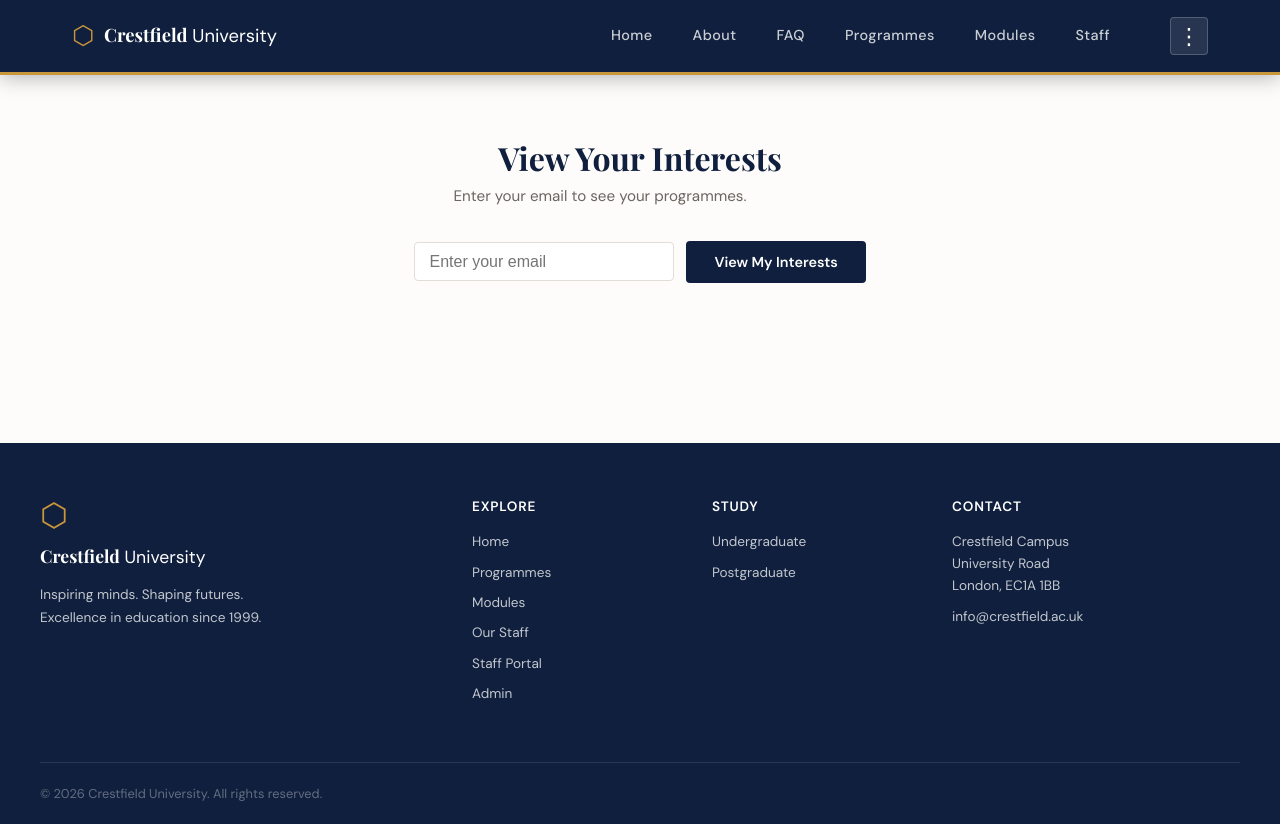
Repository: dowrinprity-blip/Web-Project
Page: http://localhost/University/my-interests.php
The author's editor kept a copy of each file at every save. The page is drawn from the files as they stood at one save, then again after the next save.
The browser window is 1280 px wide. The pictures show the whole page.
The page is run by PHP 8.4 with error messages shown; the project is at /var/www/html/.

Above is the page before, as saved 2026-03-25 20:51:44.

### my-interests.php
<?php
require_once 'includes/db.php';
$page_title = 'My Interests';

// ✅ Auto-detect email (GET or POST)
$email = $_GET['email'] ?? ($_POST['email'] ?? '');

// ✅ REMOVE INTEREST (must be BEFORE any output)
if (isset($_GET['remove']) && isset($_GET['email'])) {
    $removeID = (int) $_GET['remove'];
    $email    = $_GET['email'];

    $stmt = $conn->prepare("DELETE FROM interestedstudents WHERE ProgrammeID = ? AND Email = ?");
    $stmt->bind_param("is", $removeID, $email);
    $stmt->execute();

    header("Location: my-interests.php?email=" . urlencode($email));
    exit;
}

include 'includes/header.php';

// Initialize array
$interests = [];

// ✅ FETCH DATA (works for both GET + POST)
if (!empty($email)) {

    $stmt = $conn->prepare("
        SELECT
            p.ProgrammeID,
            p.ProgrammeName,
            p.Description,
            p.Image,
            i.StudentName,
            i.RegisteredAt
        FROM interestedstudents i
        JOIN Programmes p ON i.ProgrammeID = p.ProgrammeID
        WHERE i.Email = ?
        ORDER BY i.RegisteredAt DESC
    ");
    $stmt->bind_param("s", $email);
    $stmt->execute();
    $result = $stmt->get_result();

    while ($row = $result->fetch_assoc()) {
        $interests[] = $row;
    }
}
?>

<section class="section">
    <div class="section-inner" style="max-width:1000px;margin:0 auto;">

        <div class="section-header" style="text-align:center;max-width:600px;margin:0 auto 2rem auto;">
    <h2 style="margin:0;line-height:1.2;">
        View Your Interests
    </h2>

    <p style="margin:.4rem 0 0 0;color:var(--text-muted);font-size:.95rem;">
        Enter your email to see your programmes.
    </p>
</div>

        <!-- FORM -->
        <form method="POST" action="" style="text-align:center;margin-bottom:2rem;">
            <input type="email" name="email"
                   placeholder="Enter your email"
                   value="<?= htmlspecialchars($email) ?>"
                   required
                   style="padding:.6rem .9rem;font-size:1rem;width:260px;border:1px solid var(--border);border-radius:var(--radius);">
            <button type="submit" class="btn btn-navy" style="margin-left:.5rem;">View My Interests</button>
        </form>

        <?php if (!empty($email)): ?>

            <?php if (!empty($interests)): ?>

                <div class="cards-grid">

                    <?php foreach ($interests as $i): ?>

                        <?php $img = !empty($i['Image']) ? $i['Image'] : 'uploads/placeholder.jpg'; ?>

                        <div class="card">

                            <div class="card-colour-bar"></div>

                            <img src="<?= htmlspecialchars($img) ?>"
                                 alt="<?= htmlspecialchars($i['ProgrammeName']) ?>">

                            <div class="card-body">
                                <h3><?= htmlspecialchars($i['ProgrammeName']) ?></h3>

                                <p>
                                    <?= htmlspecialchars(substr($i['Description'], 0, 100)) ?>…
                                </p>
                            </div>

                            <!-- ✅ NEW FOOTER -->
                            <div class="card-footer">

                                <span>
                                    <?= date('d M Y', strtotime($i['RegisteredAt'])) ?>
                                </span>

                                <div style="display:flex;gap:.4rem;align-items:center;">

                                    <!-- Go -->
                                    <a href="programme_detail.php?id=<?= $i['ProgrammeID'] ?>" title="View">
                                        →
                                    </a>

                                    <!-- Remove -->
                                    <a href="my-interests.php?remove=<?= $i['ProgrammeID'] ?>&email=<?= urlencode($email) ?>"
                                       class="btn-danger"
                                       onclick="return confirm('Remove this interest?')">
                                       ✕
                                    </a>

                                </div>

                            </div>

                        </div>

                    <?php endforeach; ?>

                </div>

            <?php else: ?>

                <p style="text-align:center;color:red;font-weight:600;">
                    No interests found for <strong><?= htmlspecialchars($email) ?></strong>
                </p>

            <?php endif; ?>

        <?php endif; ?>

    </div>
</section>

<?php include 'includes/footer.php'; ?>

### includes/db.php
<?php
require_once __DIR__ . '/config.php';

// Create connection
function getDBConnection() {
    $conn = new mysqli(DB_HOST, DB_USER, DB_PASS, DB_NAME);

    if ($conn->connect_error) {
        die("Connection failed: " . $conn->connect_error);
    }

    $conn->set_charset("utf8mb4");
    return $conn;
}

// Global connection
$conn = getDBConnection();

function checkDatabaseExists() {
    $conn = new mysqli(DB_HOST, DB_USER, DB_PASS);
    $result = $conn->query("SELECT SCHEMA_NAME FROM INFORMATION_SCHEMA.SCHEMATA WHERE SCHEMA_NAME = '" . DB_NAME . "'");
    return $result->num_rows > 0;
}
?>

### includes/config.php
<?php
/**
 * Central Configuration File - Load this first in all includes
 */

// ==================== BASE URL DETECTION ====================
if (!function_exists('detectBaseUrl')) {
    function detectBaseUrl() {
        $protocol = isset($_SERVER['HTTPS']) && $_SERVER['HTTPS'] === 'on' ? 'https://' : 'http://';
        $host = $_SERVER['HTTP_HOST'];
        $scriptName = $_SERVER['SCRIPT_NAME'];

        $basePath = dirname(dirname($scriptName));
        $basePath = str_replace('\\', '/', $basePath);

        if ($basePath == '/' || $basePath == '\\') {
            $basePath = '';
        }

        return rtrim($protocol . $host . $basePath, '/');
    }
}

if (!defined('BASE_URL')) {
    define('BASE_URL', 'http://localhost/University');
}

// ==================== DATABASE CONSTANTS ====================
if (!defined('DB_HOST')) {
    define('DB_HOST', 'localhost');
    define('DB_USER', 'root');
    define('DB_PASS', '');
    define('DB_NAME', 'student_course_hub');
}
?>

### includes/header.php
<?php
$current_page = basename($_SERVER['PHP_SELF']);
if (!function_exists('isStudentLoggedIn')) {
    require_once __DIR__ . '/auth.php';
}

$staffLoggedIn   = function_exists('isStaffLoggedIn')   && isStaffLoggedIn();
$studentLoggedIn = function_exists('isStudentLoggedIn') && isStudentLoggedIn();
$adminLoggedIn   = function_exists('isAdminLoggedIn')   && isAdminLoggedIn();
?>
<!DOCTYPE html>
<html lang="en">
<head>
    <meta charset="UTF-8">
    <meta name="viewport" content="width=device-width, initial-scale=1.0">
    <title><?= isset($page_title) ? htmlspecialchars($page_title) . ' — ' : '' ?>Crestfield University</title>
    <link rel="preconnect" href="https://fonts.googleapis.com">
    <link rel="preconnect" href="https://fonts.gstatic.com" crossorigin>
    <link href="https://fonts.googleapis.com/css2?family=Playfair+Display:wght@400;600;700;900&family=DM+Sans:wght@300;400;500;600&display=swap" rel="stylesheet">
    <link rel="stylesheet" href="<?= BASE_URL ?>/css/style.css">
    <style>
        .portal-menu-wrap { position: relative; margin-left: .5rem; }
        .portal-dots-btn {
            background: rgba(255,255,255,.1);
            border: 1px solid rgba(255,255,255,.2);
            color: #fff; border-radius: var(--radius);
            width: 38px; height: 38px;
            display: flex; align-items: center; justify-content: center;
            cursor: pointer; font-size: 1.4rem; transition: background .2s; flex-shrink: 0;
        }
        .portal-dots-btn:hover { background: rgba(201,150,58,.25); }
        .portal-dropdown {
            display: none; position: absolute; right: 0; top: calc(100% + 10px);
            background: #fff; border-radius: var(--radius-lg);
            box-shadow: 0 12px 40px rgba(11,29,58,.22);
            min-width: 230px; overflow: hidden; z-index: 500;
            border: 1px solid var(--border);
        }
        .portal-dropdown.open { display: block; }
        .portal-dropdown-header {
            background: var(--navy); color: rgba(255,255,255,.6);
            font-size: .68rem; font-weight: 700; letter-spacing: .1em;
            text-transform: uppercase; padding: .65rem 1.1rem;
        }
        .portal-dropdown a {
            display: flex; align-items: center; gap: .75rem;
            padding: .75rem 1.1rem; font-size: .88rem; font-weight: 500;
            color: var(--navy); border-bottom: 1px solid #f5f2ee; transition: background .15s;
        }
        .portal-dropdown a:last-child { border-bottom: none; }
        .portal-dropdown a:hover { background: #fdf9f3; }
        .portal-dropdown a .pd-icon { font-size: 1rem; width: 22px; text-align: center; }
        .portal-dropdown a .pd-label { flex: 1; }
        .portal-dropdown a .pd-arrow { font-size: .8rem; color: var(--gold); }
        .portal-dropdown a.pd-active { background: #fdf6e3; font-weight: 600; }
        .portal-dropdown a.pd-logout { color: #922b21; }
        .portal-dropdown a.pd-logout:hover { background: #fdecea; }
    </style>
</head>
<body>

<header class="site-header">
    <div class="header-inner">
        <a href="<?= BASE_URL ?>/index.php" class="logo">
            <span class="logo-crest">⬡</span>
            <span class="logo-text"><strong>Crestfield</strong> University</span>
        </a>

        <nav class="main-nav">
            <a href="<?= BASE_URL ?>/index.php"           class="<?= $current_page === 'index.php'           ? 'active' : '' ?>">Home</a>
            <a href="<?= BASE_URL ?>/index.php#about">About</a>
            <a href="<?= BASE_URL ?>/index.php#faq">FAQ</a>
            <a href="<?= BASE_URL ?>/programmes.php"      class="<?= $current_page === 'programmes.php'      ? 'active' : '' ?>">Programmes</a>
            <a href="<?= BASE_URL ?>/modules.php"         class="<?= $current_page === 'modules.php'         ? 'active' : '' ?>">Modules</a>
            <a href="<?= BASE_URL ?>/staff_directory.php" class="<?= $current_page === 'staff_directory.php' ? 'active' : '' ?>">Staff</a>
        </nav>

        <!-- 3-dot portal menu -->
        <div class="portal-menu-wrap">
            <button class="portal-dots-btn" onclick="togglePortalMenu()" aria-label="Portal menu" title="Login / My Portal">⋮</button>

            <div class="portal-dropdown" id="portal-dropdown">

                <?php if ($adminLoggedIn): ?>
                <div class="portal-dropdown-header">Admin Portal</div>
                <a href="<?= BASE_URL ?>/admin/index.php" class="pd-active">
                    <span class="pd-icon">🛡️</span><span class="pd-label">Admin Dashboard</span><span class="pd-arrow">→</span>
                </a>
                <a href="<?= BASE_URL ?>/admin/logout.php" class="pd-logout">
                    <span class="pd-icon">⏻</span><span class="pd-label">Sign Out</span>
                </a>

                <?php elseif ($staffLoggedIn): ?>
                <?php $sd = getLoggedInStaff(); ?>
                <div class="portal-dropdown-header">Staff Portal</div>
                <a href="<?= BASE_URL ?>/staff/dashboard.php" class="pd-active">
                    <span class="pd-icon">👤</span><span class="pd-label"><?= htmlspecialchars($sd['Name'] ?? 'My Portal') ?></span><span class="pd-arrow">→</span>
                </a>
                <a href="<?= BASE_URL ?>/staff/profile.php">
                    <span class="pd-icon">✏️</span><span class="pd-label">My Profile</span><span class="pd-arrow">→</span>
                </a>
                <a href="<?= BASE_URL ?>/staff/my_modules.php">
                    <span class="pd-icon">📚</span><span class="pd-label">My Modules</span><span class="pd-arrow">→</span>
                </a>
                <a href="<?= BASE_URL ?>/staff/logout.php" class="pd-logout">
                    <span class="pd-icon">⏻</span><span class="pd-label">Sign Out</span>
                </a>

                <?php elseif ($studentLoggedIn): ?>
                <?php $stu = getLoggedInStudent(); ?>
                <div class="portal-dropdown-header">Student Portal</div>
                <a href="<?= BASE_URL ?>/student/dashboard.php" class="pd-active">
                    <span class="pd-icon">🎓</span><span class="pd-label"><?= htmlspecialchars($stu['FullName'] ?? 'My Portal') ?></span><span class="pd-arrow">→</span>
                </a>
                <a href="<?= BASE_URL ?>/student/my_profile.php">
                    <span class="pd-icon">👤</span><span class="pd-label">My Profile</span><span class="pd-arrow">→</span>
                </a>
                <a href="<?= BASE_URL ?>/student/my_interests.php">
                    <span class="pd-icon">⭐</span><span class="pd-label">My Interests</span><span class="pd-arrow">→</span>
                </a>
                <a href="<?= BASE_URL ?>/student/logout.php" class="pd-logout">
                    <span class="pd-icon">⏻</span><span class="pd-label">Sign Out</span>
                </a>

                <?php else: ?>
                <a href="<?= BASE_URL ?>/my-interests.php">
    <span class="pd-icon">⭐</span>
    <span class="pd-label">View My Interests</span>
    <span class="pd-arrow">→</span>
</a>

                <div class="portal-dropdown-header">Student Access</div>
                <a href="<?= BASE_URL ?>/student/login.php">
                    <span class="pd-icon">🎓</span><span class="pd-label">Student Login</span><span class="pd-arrow">→</span>
                </a>

                <div class="portal-dropdown-header">Staff Access</div>
                <a href="<?= BASE_URL ?>/staff/login.php">
                    <span class="pd-icon">👔</span><span class="pd-label">Staff Login</span><span class="pd-arrow">→</span>
                </a>
                <div class="portal-dropdown-header">Admin Access</div>
                <a href="<?= BASE_URL ?>/admin/login.php">
                    <span class="pd-icon">🛡️</span><span class="pd-label">Admin Login</span><span class="pd-arrow">→</span>
                </a>
                <?php endif; ?>

            </div>
        </div>

        <button class="nav-toggle" onclick="document.querySelector('.main-nav').classList.toggle('open')">☰</button>
    </div>
</header>

<script>
function togglePortalMenu() {
    document.getElementById('portal-dropdown').classList.toggle('open');
}
document.addEventListener('click', function(e) {
    var wrap = document.querySelector('.portal-menu-wrap');
    if (wrap && !wrap.contains(e.target)) {
        document.getElementById('portal-dropdown').classList.remove('open');
    }
});
</script>

### includes/footer.php
<footer class="site-footer">
    <div class="footer-inner">
        <div class="footer-brand">
            <span class="logo-crest">⬡</span>
            <span class="logo-text"><strong>Crestfield</strong> University</span>
            <p>Inspiring minds. Shaping futures.<br>Excellence in education since 1999.</p>
        </div>
        <div class="footer-links">
            <h4>Explore</h4>
            <a href="<?= BASE_URL ?>/index.php">Home</a>
            <a href="<?= BASE_URL ?>/programmes.php">Programmes</a>
            <a href="<?= BASE_URL ?>/modules.php">Modules</a>
            <a href="<?= BASE_URL ?>/staff_directory.php">Our Staff</a>
            <a href="<?= BASE_URL ?>/staff_portal.php">Staff Portal</a>
            <a href="<?= BASE_URL ?>/admin/login.php">Admin</a>
        </div>
        <div class="footer-links">
            <h4>Study</h4>
            <a href="<?= BASE_URL ?>/programmes.php?level=1">Undergraduate</a>
            <a href="<?= BASE_URL ?>/programmes.php?level=2">Postgraduate</a>
        </div>
        <div class="footer-contact">
            <h4>Contact</h4>
            <p>Crestfield Campus<br>University Road<br>London, EC1A 1BB</p>
            <p>info@crestfield.ac.uk</p>
        </div>
    </div>
    <div class="footer-bottom">
        <p>&copy; <?= date('Y') ?> Crestfield University. All rights reserved.</p>
    </div>
</footer>
<script src="<?= BASE_URL ?>/js/main.js"></script>
</body>
</html>

Loaded but not shown: js/main.js (22 lines, source omitted); css/style.css (621 lines, source omitted); includes/auth.php (554 lines, source omitted)

After the next save:
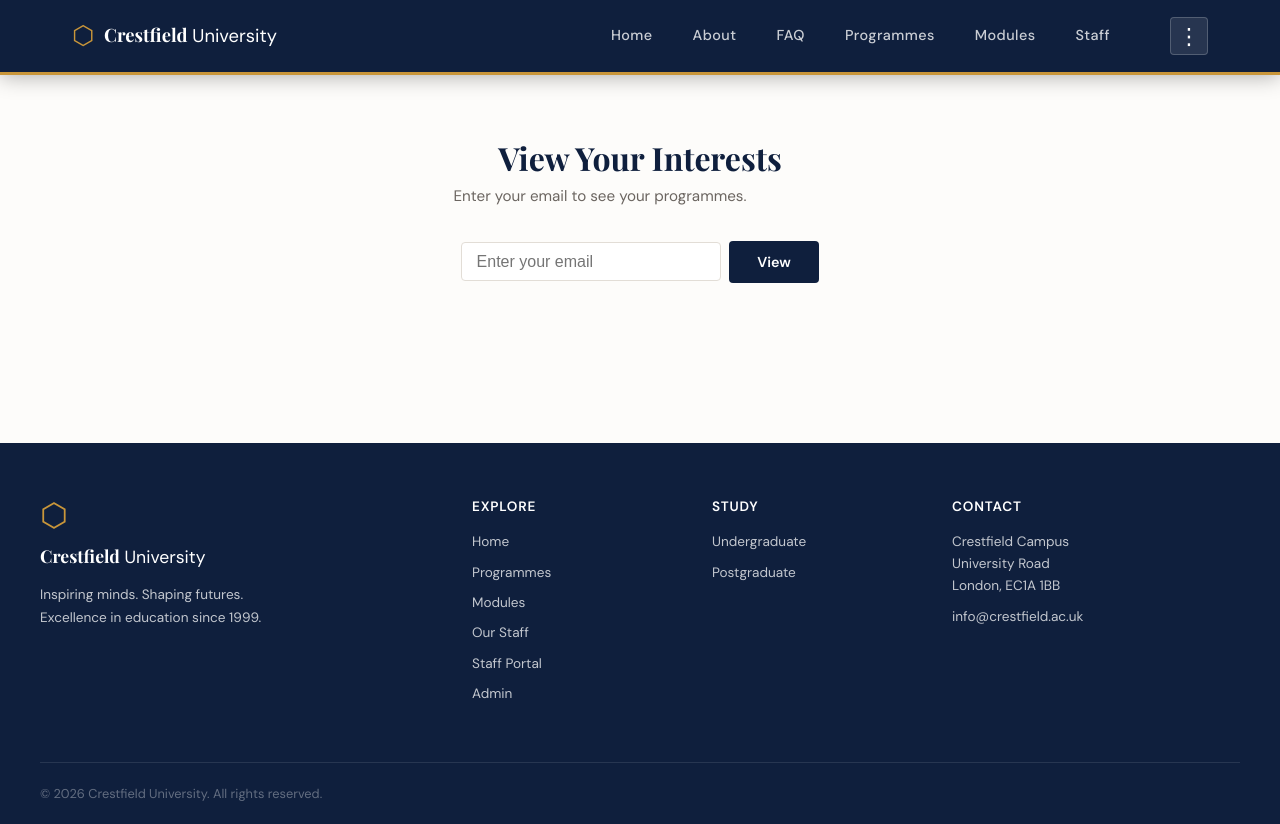
Saved 54 s later.
--- a/my-interests.php
+++ b/my-interests.php
@@ -63,14 +63,19 @@ if (!empty($email)) {
 </div>
 
         <!-- FORM -->
-        <form method="POST" action="" style="text-align:center;margin-bottom:2rem;">
-            <input type="email" name="email"
-                   placeholder="Enter your email"
-                   value="<?= htmlspecialchars($email) ?>"
-                   required
-                   style="padding:.6rem .9rem;font-size:1rem;width:260px;border:1px solid var(--border);border-radius:var(--radius);">
-            <button type="submit" class="btn btn-navy" style="margin-left:.5rem;">View My Interests</button>
-        </form>
+        <form method="POST" action=""
+      style="display:flex;justify-content:center;align-items:center;gap:.5rem;margin-bottom:2rem;">
+
+    <input type="email" name="email"
+           placeholder="Enter your email"
+           value="<?= htmlspecialchars($email) ?>"
+           required
+           style="padding:.6rem .9rem;font-size:1rem;width:260px;border:1px solid var(--border);border-radius:var(--radius);">
+
+    <button type="submit" class="btn btn-navy">
+        View
+    </button>
+</form>
 
         <?php if (!empty($email)): ?>
 
